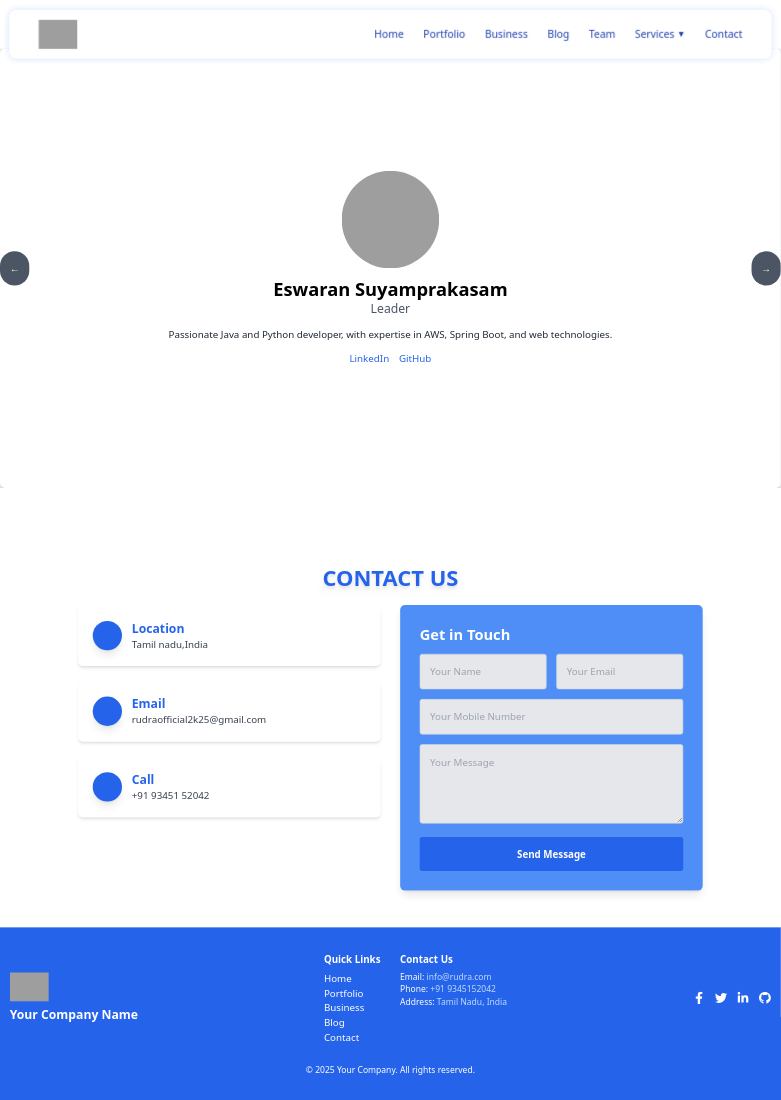
Repository: Rudra-Eswaran/Rudra_Official
Page: /
An editor plug-in stored every save of this project. The page is shown before and after a run of saves, followed by the edit.
The browser window is 1280 px wide. The pictures show the whole page, at 61% of full size.
Pictures or frames that could not be fetched are drawn as grey boxes. Some web libraries are served in a nearby version. The project was rebuilt for these pictures with package versions that can differ from the ones it lists, and the page was loaded fresh each time. Also part of the build but not shown: vite.config.js.

Above is the page before, as saved 2025-04-16 20:08:06.

### index.html
<!doctype html>
<html lang="en">
  <head>
    <meta charset="UTF-8" />
    <link rel="icon" type="image/svg+xml" href="/vite.svg" />
    <meta name="viewport" content="width=device-width, initial-scale=1.0" />
    <title>Rudra Loading</title>
    <!-- Tailwind CSS CDN -->
<script src="https://cdn.tailwindcss.com"></script>

  </head>
  <body>
    <div id="root"></div>
    <script type="module" src="/src/main.jsx"></script>
  </body>
</html>

### src/App.jsx
import Navbar from "./components/Navbar";
import Footer from "./pages/Footer";
import Contact from "./pages/Contactus";
import Rudrans from "./pages/Rudrans";

export default function App() {
  return (
    <>
      <Navbar />

      {/* Add a top margin to push content below the navbar */}
      <div className="mt-[80px]"> {/* Adjust this value based on your navbar height */}
        <Rudrans />
        <Contact />
      </div>

      {/* Footer will be at the bottom */}
      <Footer />
    </>
  );
}

### src/components/Navbar.jsx
import { useState, useEffect } from "react";
import { Link } from "react-router-dom";

const Navbar = () => {
  const [isDropdownOpen, setIsDropdownOpen] = useState(false);
  const [scrolled, setScrolled] = useState(false);

  useEffect(() => {
    const handleScroll = () => {
      setScrolled(window.scrollY > 10);
    };
    window.addEventListener("scroll", handleScroll);
    return () => window.removeEventListener("scroll", handleScroll);
  }, []);

  return (
    <nav
      className={`fixed top-4 left-[15px] right-[15px] z-50 p-4 rounded-xl backdrop-blur-md transition-all duration-300 ease-in-out
        ${scrolled ? "shadow-[0_0_20px_rgba(0,102,255,0.4)]" : "shadow-[0_0_12px_rgba(0,102,255,0.2)]"}`}
    >
      <div className="flex justify-between items-center px-4 md:px-8 bg-transparent">
        {/* Logo */}
        <div className="flex items-center space-x-2">
          <img
            src="path_to_your_logo.gif"
            alt="Logo"
            className="h-12 w-auto transition-transform transform hover:scale-110"
          />
        </div>

        {/* Desktop Menu */}
        <ul className="hidden md:flex space-x-8 text-[17px] font-medium text-blue-800">
          <li>
            <Link to="/" className="hover:text-blue-400 hover:scale-105 transition-all">
              Home
            </Link>
          </li>
          <li>
            <Link to="/portfolio" className="hover:text-blue-400 hover:scale-105 transition-all">
              Portfolio
            </Link>
          </li>
          <li>
            <Link to="/business" className="hover:text-blue-400 hover:scale-105 transition-all">
              Business
            </Link>
          </li>
          <li>
            <Link to="/blog" className="hover:text-blue-400 hover:scale-105 transition-all">
              Blog
            </Link>
          </li>
          <li>
            <Link to="/team" className="hover:text-blue-400 hover:scale-105 transition-all">
              Team
            </Link>
          </li>

          {/* Services Dropdown */}
          <li className="relative">
            <button
              onClick={() => setIsDropdownOpen(!isDropdownOpen)}
              className="flex items-center hover:text-blue-400 hover:scale-105 transition-all"
            >
              Services <span className="ml-1 text-sm">{isDropdownOpen ? "▲" : "▼"}</span>
            </button>
            {isDropdownOpen && (
              <ul className="absolute left-0 mt-2 bg-white border border-blue-200 shadow-xl rounded-md py-2 w-44 animate-fadeIn space-y-2 text-blue-800 z-50">
                <li>
                  <Link
                    to="/products"
                    className="block px-4 py-2 hover:bg-blue-50 hover:text-blue-500 transition-all"
                    onClick={() => setIsDropdownOpen(false)}
                  >
                    Products
                  </Link>
                </li>
                <li>
                  <Link
                    to="/services"
                    className="block px-4 py-2 hover:bg-blue-50 hover:text-blue-500 transition-all"
                    onClick={() => setIsDropdownOpen(false)}
                  >
                    Services
                  </Link>
                </li>
                <li>
                  <Link
                    to="/edtech"
                    className="block px-4 py-2 hover:bg-blue-50 hover:text-blue-500 transition-all"
                    onClick={() => setIsDropdownOpen(false)}
                  >
                    Edtech
                  </Link>
                </li>
              </ul>
            )}
          </li>

          <li>
            <Link to="/contact" className="hover:text-blue-400 hover:scale-105 transition-all">
              Contact
            </Link>
          </li>
        </ul>
      </div>
    </nav>
  );
};

export default Navbar;

### src/pages/Footer.jsx
import React from "react";
import { Link } from "react-router-dom";
import { FaFacebookF, FaTwitter, FaLinkedinIn, FaGithub } from "react-icons/fa"; // Social Media Icons

const Footer = () => {
  return (
    <footer className="bg-blue-600 text-white py-10">
      <div className="container mx-auto px-4">
        <div className="flex flex-col md:flex-row justify-between items-center">
          {/* Logo */}
          <div className="text-center md:text-left mb-6 md:mb-0">
            <img src="path_to_your_logo.gif" alt="Logo" className="h-12 w-auto" />
            <p className="text-xl font-semibold mt-2">Your Company Name</p>
          </div>

          {/* Links */}
          <div className="flex flex-col md:flex-row space-y-4 md:space-y-0 md:space-x-8 text-center md:text-left">
            <div>
              <h4 className="font-bold mb-2">Quick Links</h4>
              <ul>
                <li>
                  <Link to="/" className="hover:text-blue-200">Home</Link>
                </li>
                <li>
                  <Link to="/portfolio" className="hover:text-blue-200">Portfolio</Link>
                </li>
                <li>
                  <Link to="/business" className="hover:text-blue-200">Business</Link>
                </li>
                <li>
                  <Link to="/blog" className="hover:text-blue-200">Blog</Link>
                </li>
                <li>
                  <Link to="/contact" className="hover:text-blue-200">Contact</Link>
                </li>
              </ul>
            </div>

            {/* Contact */}
            <div>
              <h4 className="font-bold mb-2">Contact Us</h4>
              <ul>
                <li>
                  <p className="text-sm">Email: <span className="text-blue-200">info@rudra.com</span></p>
                </li>
                <li>
                  <p className="text-sm">Phone: <span className="text-blue-200">+91 9345152042</span></p>
                </li>
                <li>
                  <p className="text-sm">Address: <span className="text-blue-200">Tamil Nadu, India</span></p>
                </li>
              </ul>
            </div>
          </div>

          {/* Social Media Icons */}
          <div className="mt-6 md:mt-0 flex space-x-4 justify-center">
            <a href="https://facebook.com" target="_blank" rel="noopener noreferrer" className="text-white hover:text-blue-200">
              <FaFacebookF size={20} />
            </a>
            <a href="https://twitter.com" target="_blank" rel="noopener noreferrer" className="text-white hover:text-blue-200">
              <FaTwitter size={20} />
            </a>
            <a href="https://linkedin.com" target="_blank" rel="noopener noreferrer" className="text-white hover:text-blue-200">
              <FaLinkedinIn size={20} />
            </a>
            <a href="https://github.com" target="_blank" rel="noopener noreferrer" className="text-white hover:text-blue-200">
              <FaGithub size={20} />
            </a>
          </div>
        </div>

        {/* Bottom Section */}
        <div className="text-center mt-8">
          <p className="text-sm">&copy; {new Date().getFullYear()} Your Company. All rights reserved.</p>
        </div>
      </div>
    </footer>
  );
};

export default Footer;

### src/pages/Contactus.jsx
import React, { useState } from "react";
import { motion } from "framer-motion";
import { FiPhone, FiMail, FiMapPin, FiX } from "react-icons/fi";  // Using react-icons for Phone, Email, Location
import { CONTACT_INFO, MODAL_MESSAGES, FORM_FIELDS, BUTTON_LABELS } from "../Constants"; // Import constants

const Contactus = ({ scrollToFooter }) => {
  const [formData, setFormData] = useState({ name: "", email: "", message: "", phone: "" });
  const [submitted, setSubmitted] = useState(false);
  const [loading, setLoading] = useState(false);
  const [showModal, setShowModal] = useState(false);

  const handleChange = (e) => {
    setFormData({ ...formData, [e.target.name]: e.target.value });
  };

  const handleSubmit = async (e) => {
    e.preventDefault();

    if (!formData.name || !formData.email || !formData.message || !formData.phone) {
      alert("Please fill in all the fields.");
      return;
    }

    const emailRegex = /^[^\s@]+@[^\s@]+\.[^\s@]+$/;
    if (!emailRegex.test(formData.email)) {
      alert("Please enter a valid email address.");
      return;
    }

    setLoading(true);
    try {
      const response = await fetch(`${import.meta.env.VITE_BACKEND_BASE_URL}/contact`, {
        method: "POST",
        headers: { "Content-Type": "application/json" },
        body: JSON.stringify(formData),
      });

      const result = await response.json();
      if (result.success) {
        setSubmitted(true);
        setShowModal(true);
        setFormData({ name: "", email: "", message: "", phone: "" });
        setTimeout(() => setShowModal(false), 4000);
      } else {
        alert("Failed to submit form");
      }
    } catch (err) {
      console.error("Error submitting form:", err);
      alert("Something went wrong!");
    } finally {
      setLoading(false);
    }
  };

  return (
    <motion.section
      initial={{ opacity: 0, y: 30 }}
      animate={{ opacity: 1, y: 0 }}
      transition={{ duration: 0.6, ease: "easeOut" }}
      className="relative text-black pt-32 pb-12 px-4 md:px-6 min-h-screen bg-white" // Removed scroll-mt-32
      style={{
        backgroundColor: "#ffffff", // White background
        backgroundSize: "cover",
        backgroundPosition: "center",
        backgroundRepeat: "no-repeat",
      }}
    >
      <div className="relative container mx-auto max-w-5xl text-center">
        <motion.h2
          className="text-3xl md:text-4xl font-bold text-blue-600 mb-6 uppercase drop-shadow-lg"
          initial={{ opacity: 0, y: -20 }}
          animate={{ opacity: 1, y: 0 }}
          transition={{ duration: 0.5 }}
          whileHover={{ textShadow: "0px 0px 10px rgba(0, 123, 255, 0.8)" }}
        >
          Contact Us
        </motion.h2>
      </div>

      <div className="relative container mx-auto grid grid-cols-1 md:grid-cols-2 gap-6 md:gap-8 max-w-5xl pb-0 mb-0">
        <div className="space-y-6">
          {Object.keys(CONTACT_INFO).map((key) => (
            <InfoBox
              key={key}
              icon={
                key === "location" ? (
                  <FiMapPin size={30} className="text-blue-600" />
                ) : key === "phone" ? (
                  <FiPhone size={30} className="text-blue-600" />
                ) : (
                  <FiMail size={30} className="text-blue-600" />
                )
              }
              title={CONTACT_INFO[key].title}
              text={CONTACT_INFO[key].text}
              onClick={scrollToFooter}
            />
          ))}
        </div>

        <div className="bg-blue-500 bg-opacity-90 p-6 md:p-8 rounded-lg shadow-lg">
          <motion.h3 whileHover={{ scale: 1.05, color: "#ffffff" }} className="text-xl md:text-2xl font-semibold mb-4 text-white">
            Get in Touch
          </motion.h3>
          <form onSubmit={handleSubmit} className="space-y-4">
            <div className="grid grid-cols-1 md:grid-cols-2 gap-4">
              <InputField type="text" name="name" placeholder={FORM_FIELDS.name} value={formData.name} handleChange={handleChange} />
              <InputField type="email" name="email" placeholder={FORM_FIELDS.email} value={formData.email} handleChange={handleChange} />
            </div>
            <InputField type="tel" name="phone" placeholder={FORM_FIELDS.phone} value={formData.phone} handleChange={handleChange} />
            <TextAreaField name="message" placeholder={FORM_FIELDS.message} value={formData.message} handleChange={handleChange} />
            <motion.button
              whileHover={{ scale: !loading ? 1.05 : 1 }}
              type="submit"
              disabled={loading}
              className={`w-full p-3 md:p-4 rounded text-white font-semibold transition ${loading ? "bg-gray-500 cursor-not-allowed" : "bg-blue-600 hover:bg-blue-700"}`}
            >
              {loading ? BUTTON_LABELS.sending : BUTTON_LABELS.send}
            </motion.button>
          </form>
        </div>
      </div>

      {showModal && (
        <div className="fixed inset-0 flex items-center justify-center z-50 bg-black bg-opacity-60">
          <motion.div
            initial={{ scale: 0.8, opacity: 0 }}
            animate={{ scale: 1, opacity: 1 }}
            className="bg-white text-black p-6 rounded-xl shadow-xl max-w-sm w-full relative"
          >
            <button
              onClick={() => setShowModal(false)}
              className="absolute top-2 right-2 text-gray-500 hover:text-red-500"
            >
              <FiX size={20} />
            </button>
            <h4 className="text-xl font-bold mb-2 text-blue-600">{MODAL_MESSAGES.success.title}</h4>
            <p>{MODAL_MESSAGES.success.message}</p>
          </motion.div>
        </div>
      )}
    </motion.section>
  );
};

const InfoBox = ({ icon, title, text, onClick }) => (
  <motion.div
    onClick={onClick}
    className="cursor-pointer bg-white p-4 md:p-6 rounded-lg flex items-center gap-4 shadow-md transition-transform transform hover:scale-103 hover:shadow-lg"
    whileHover={{ scale: 1.03, boxShadow: "0px 0px 10px rgba(0, 123, 255, 0.4)" }}
  >
    <motion.div
      className="w-12 h-12 flex items-center justify-center rounded-full bg-blue-600 text-white shadow-lg"
      whileHover={{ boxShadow: "0px 0px 15px rgba(0, 123, 255, 1)" }}
      transition={{ duration: 0.3 }}
    >
      {icon}
    </motion.div>
    <div>
      <h4 className="text-lg md:text-xl font-semibold text-blue-600">{title}</h4>
      <p className="text-gray-700">{text}</p>
    </div>
  </motion.div>
);

const InputField = ({ type, name, placeholder, value, handleChange }) => (
  <motion.input
    whileFocus={{ scale: 1.02 }}
    type={type}
    name={name}
    placeholder={placeholder}
    required
    value={value}
    onChange={handleChange}
    className="w-full p-3 md:p-4 rounded bg-gray-200 border border-gray-300 focus:border-blue-500 transition"
  />
);

const TextAreaField = ({ name, placeholder, value, handleChange }) => (
  <motion.textarea
    whileFocus={{ scale: 1.02 }}
    name={name}
    placeholder={placeholder}
    required
    rows="4"
    value={value}
    onChange={handleChange}
    className="w-full p-3 md:p-4 rounded bg-gray-200 border border-gray-300 focus:border-blue-500 transition"
  />
);

export default Contactus;

### src/pages/Rudrans.jsx
import React, { useState } from 'react';
import teamData from '../teamData.json'; // adjust the path if needed

const Rudrans = () => {
  const [currentIndex, setCurrentIndex] = useState(0);

  const nextSlide = () => {
    setCurrentIndex((prevIndex) => (prevIndex + 1) % teamData.length);
  };

  const prevSlide = () => {
    setCurrentIndex((prevIndex) =>
      prevIndex === 0 ? teamData.length - 1 : prevIndex - 1
    );
  };

  return (
    <div className="relative w-full h-screen bg-gray-200 overflow-hidden">
      <div className="flex justify-center items-center w-full h-full">
        <div className="flex flex-col items-center justify-center bg-white rounded-lg shadow-lg p-8 w-full h-full">
          <img
            src={teamData[currentIndex].photo}
            alt={teamData[currentIndex].name}
            className="w-40 h-40 rounded-full mb-4 object-cover"
          />
          <h2 className="text-3xl font-bold">{teamData[currentIndex].name}</h2>
          <p className="text-xl text-gray-600">{teamData[currentIndex].role}</p>
          <p className="mt-4 text-center text-gray-800">{teamData[currentIndex].bio}</p>
          <div className="mt-4 flex space-x-4">
            <a
              href={teamData[currentIndex].linkedin}
              target="_blank"
              rel="noopener noreferrer"
              className="text-blue-600 hover:underline"
            >
              LinkedIn
            </a>
            <a
              href={teamData[currentIndex].github}
              target="_blank"
              rel="noopener noreferrer"
              className="text-blue-600 hover:underline"
            >
              GitHub
            </a>
          </div>
        </div>
      </div>

      <button
        onClick={prevSlide}
        className="absolute left-0 top-1/2 transform -translate-y-1/2 bg-gray-600 text-white p-4 rounded-full hover:bg-gray-700"
      >
        &#8592;
      </button>

      <button
        onClick={nextSlide}
        className="absolute right-0 top-1/2 transform -translate-y-1/2 bg-gray-600 text-white p-4 rounded-full hover:bg-gray-700"
      >
        &#8594;
      </button>
    </div>
  );
};

export default Rudrans;

### src/Constants.jsx
// constants.js
export const CONTACT_INFO = {
    location: {
      title: "Location",
      text: "Tamil nadu,India",
      icon: "FiMapPin",
    },
    email: {
      title: "Email",
      text: "rudraofficial2k25@gmail.com",
      icon: "FiMail",
    },
    phone: {
      title: "Call",
      text: "+91 93451 52042",
      icon: "FiPhone",
    },
  };

  export const MODAL_MESSAGES = {
    success: {
      title: "Success!",
      message: "Your message has been sent. We'll get back to you soon.",
    },
    error: {
      title: "Error",
      message: "Something went wrong. Please try again later.",
    },
  };

  export const FORM_FIELDS = {
    name: "Your Name",
    email: "Your Email",
    phone: "Your Mobile Number",
    message: "Your Message",
  };

  export const BUTTON_LABELS = {
    send: "Send Message",
    sending: "Sending...",
  };

### src/teamData.json
[
    {
      "name": "Eswaran Suyamprakasam",
      "role": "Leader",
      "bio": "Passionate Java and Python developer, with expertise in AWS, Spring Boot, and web technologies.",
      "linkedin": "https://www.linkedin.com/in/eswaran-s/",
      "github": "https://github.com/Eswaran-IT",
      "photo": "/path/to/eswaran-photo.jpg"
    },
    {
      "name": "Member 2",
      "role": "Frontend Developer",
      "bio": "Focused on building responsive and interactive UI with JavaScript frameworks.",
      "linkedin": "https://www.linkedin.com/in/member2",
      "github": "https://github.com/member2",
      "photo": "/path/to/member2-photo.jpg"
    },
    {
      "name": "Member 3",
      "role": "Backend Developer",
      "bio": "Specialized in server-side development with expertise in Spring Boot and Java.",
      "linkedin": "https://www.linkedin.com/in/member3",
      "github": "https://github.com/member3",
      "photo": "/path/to/member3-photo.jpg"
    }
  ]

### src/pages/Home.jsx
import React from 'react';

const Home = () => {
  return (
    <div className="flex flex-col items-center justify-center min-h-screen bg-gradient-to-br from-blue-100 to-purple-200 text-center">
      {/* Logo / Title */}
      <h1 className="text-5xl md:text-7xl font-extrabold text-gray-800 tracking-widest mb-6">
        RUDRA
      </h1>

      {/* Loading Spinner */}
      <div className="w-16 h-16 border-4 border-blue-500 border-t-transparent rounded-full animate-spin"></div>

      {/* Optional message */}
      <p className="mt-4 text-lg text-gray-600">Loading... Please wait</p>
    </div>
  );
};

export default Home;

Loaded but not shown: src/main.jsx (common file)

After the next 2 saves:
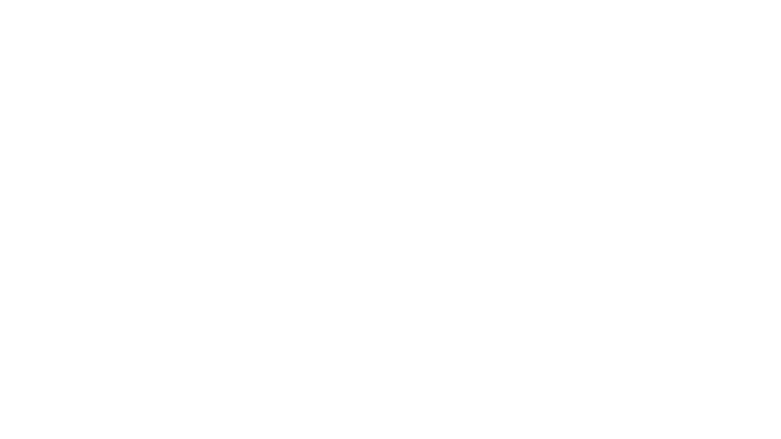
Console error: ReferenceError: Home is not defined
The 2 saves are shown as one change because they came seconds apart.
The last was saved 9 s later.
--- a/src/App.jsx
+++ b/src/App.jsx
@@ -11,6 +11,7 @@ export default function App() {
       {/* Add a top margin to push content below the navbar */}
       <div className="mt-[80px]"> {/* Adjust this value based on your navbar height */}
         <Rudrans />
+        <Home/>
         <Contact />
       </div>
 

After the 4 saves that followed:
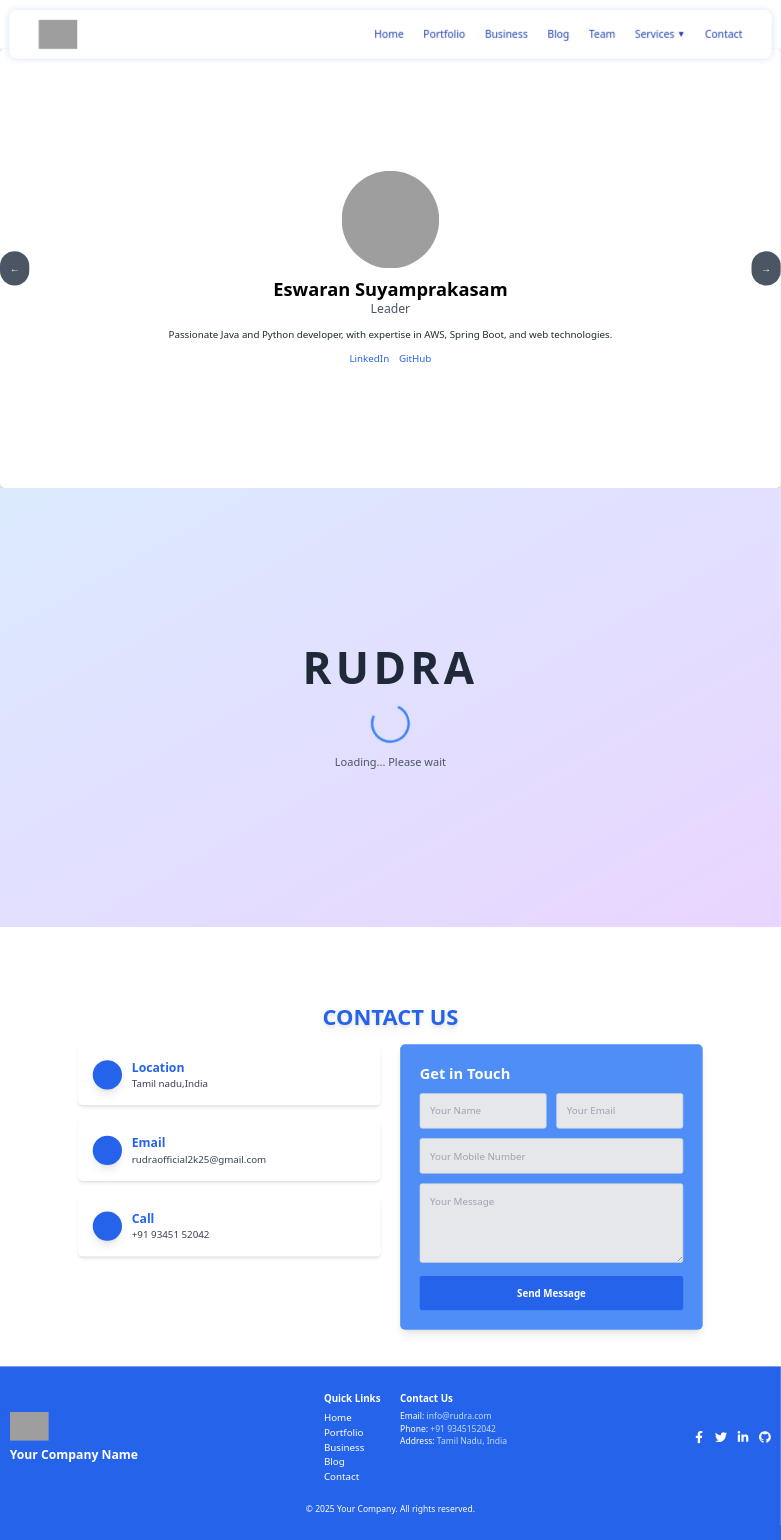
The error is gone.
The 4 saves are shown as one change because 2 left the picture as it was and some came seconds apart.
The last was saved 17 s later.
--- a/src/App.jsx
+++ b/src/App.jsx
@@ -2,6 +2,7 @@ import Navbar from "./components/Navbar";
 import Footer from "./pages/Footer";
 import Contact from "./pages/Contactus";
 import Rudrans from "./pages/Rudrans";
+import Home from "./pages/Home";
 
 export default function App() {
   return (
